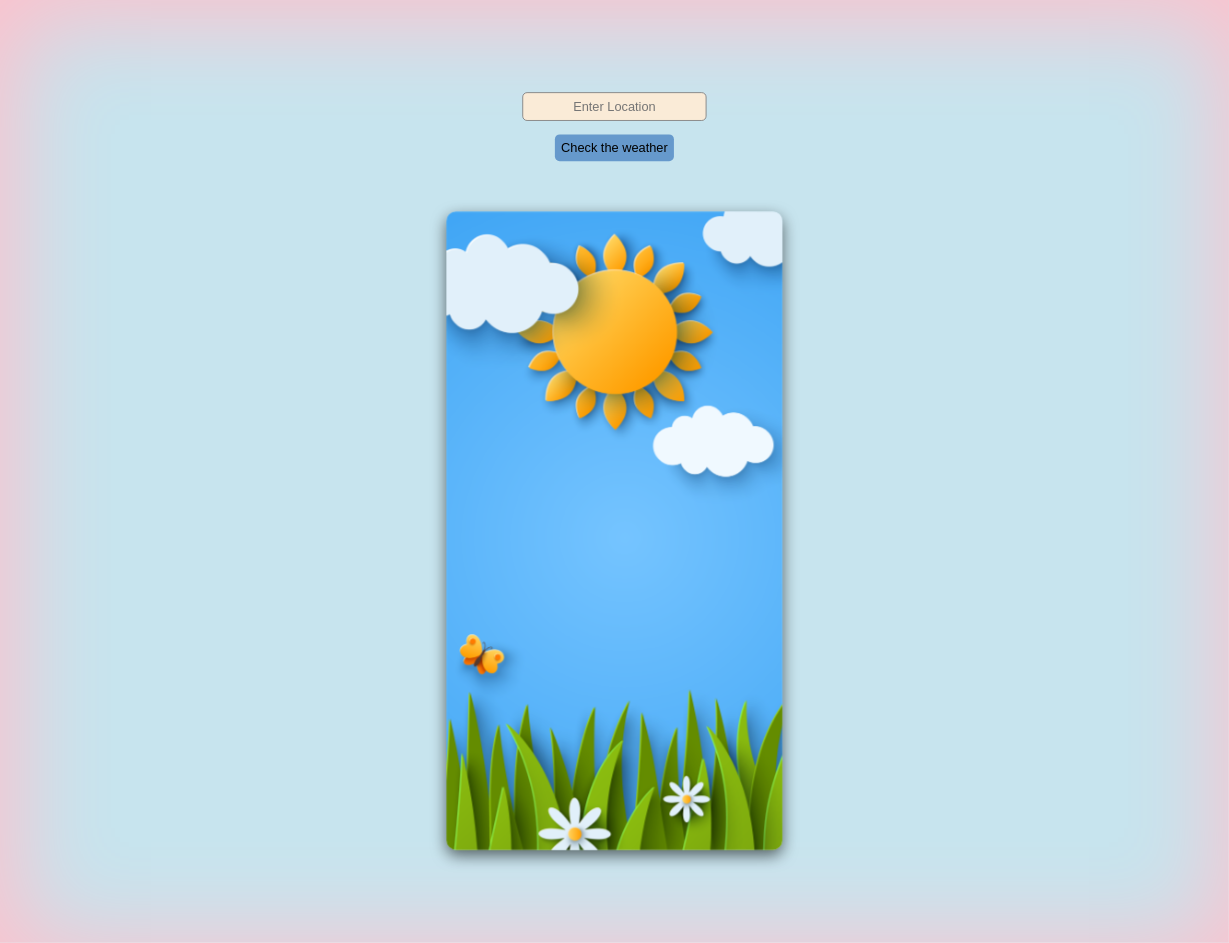
Repository: CanSanchez/weatherapp
Page: /
These files come from the project's save history. The page is drawn as it stood at one moment and after the next save; the edit follows.
The browser window is 1280 px wide. The pictures show the whole page, at 96% of full size.
The project was rebuilt for these pictures with package versions that can differ from the ones it lists, and the page was loaded fresh each time. The framework's server and built-in components were replaced by stand-ins that run in the browser. Also part of the build but not shown: next.config.js.

Above is the page before, as saved 2023-01-18 00:04:47.

After the next save:
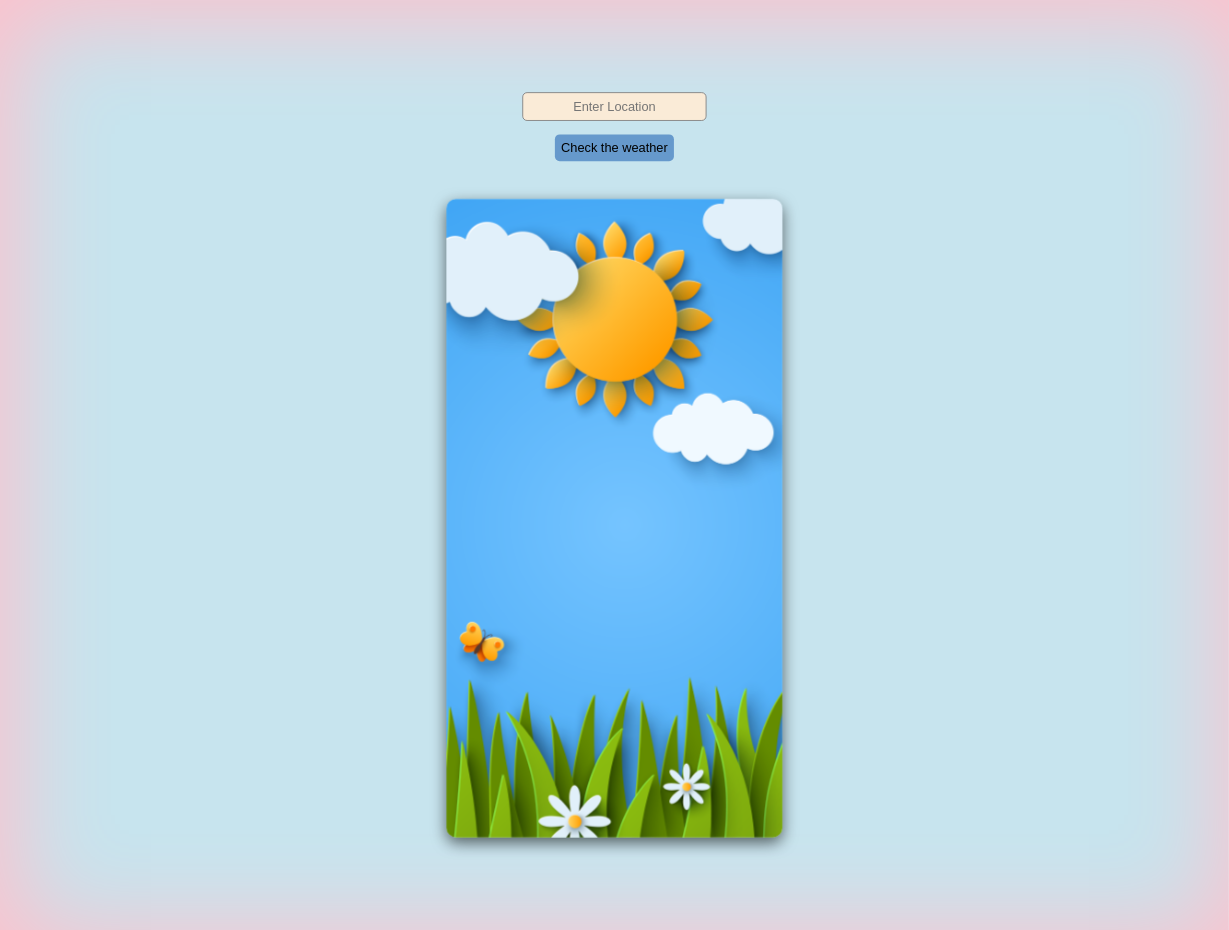
Saved 8 s later.
--- a/styles/Home.module.css
+++ b/styles/Home.module.css
@@ -41,7 +41,7 @@
   border: 0;
   border-radius: 5px;
   padding: .5em;
-  margin-bottom: 4em;
+  margin-bottom: 3em;
 }
 
 .weathercontent {
